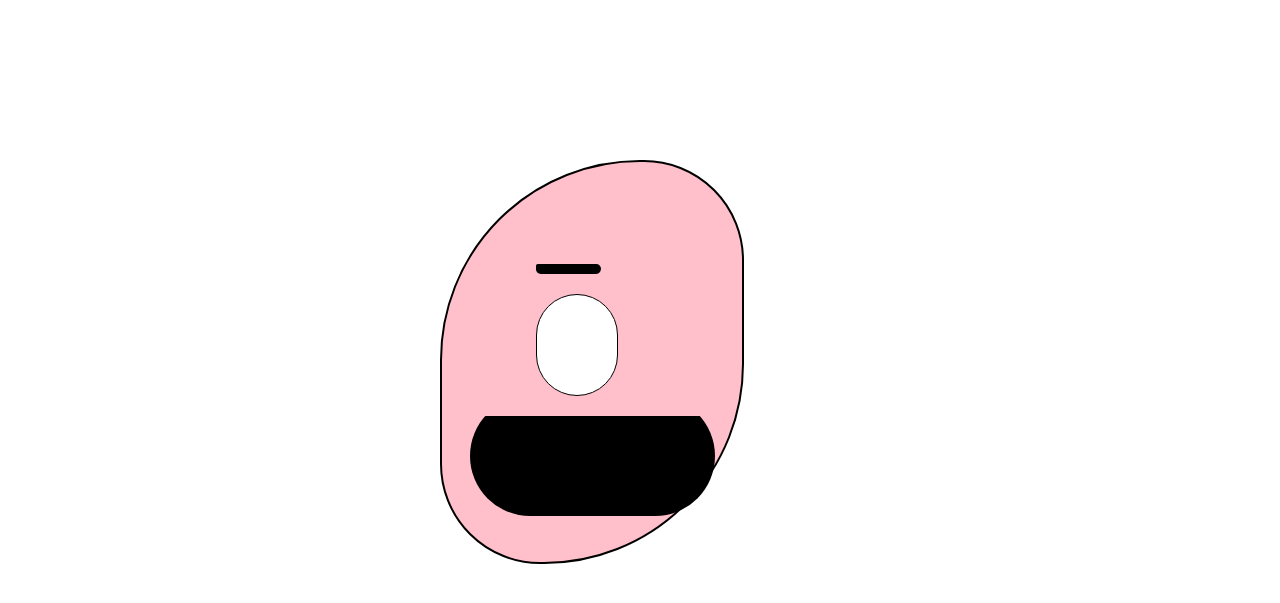
Repository: rodwestmoreland/1150
Page: cssCritter/index.html
The author's editor kept a copy of each file at every save. The page is drawn from the files as they stood at one save, then again after the next save.
The browser window is 1280 px wide. The pictures show the whole page.

Above is the page before, as saved 2021-01-25 20:10:51.

### cssCritter/index.html
<!DOCTYPE html>
<html lang="en">
<head>
    <meta charset="UTF-8">
    <meta name="viewport" content="width=device-width, initial-scale=1.0">
    <link rel="stylesheet" href="style.css">
    <title>Welcome to SD 761</title>
</head>
<body>
    <div class="wrapper">
        <div class="object">  <div class="face"></div>
        <div class="left-eyebrow"></div>
          <div class="left-eye"></div>
          <div class="mouth"></div>
      </div>

</body>
</html>

### cssCritter/style.css
.wrapper{
    position: absolute;
     top: 50%;
   margin-top:-200px;
     left: 50%;
   margin: -200px 0 0 -200px;
 }

 .face{
   width: 300px;
   height: 400px;
   border: solid 2px #000;
   background-color: pink;
   border-radius: 200px 100px;
   z-index: -1;
 }


 .left-eye{
   width: 80px;
   height: 100px;
   border: solid 1px #000;
   background-color: #fff;
   border-radius: 90px;
   margin-top: 20px;
   margin-left: 6em;
   z-index: 10;
 }
 .left-eyebrow{
   width: 65px;
   height: 10px;
   background-color: #000;
   top: 50%;
   margin-top: -300px;
   margin-left: 6em;
   border-radius: 30px 80px 90px;
   z-index: 1;
 }
 .mouth{
    border-top: none;
    border-right: none;
    border-left: none;
    border-bottom: 100px solid #000;
    -webkit-border-radius: 100px;
    border-radius: 100px;
    height: 20px;
    width: 245px;
    margin: 0px auto 0;

 }

After the next save:
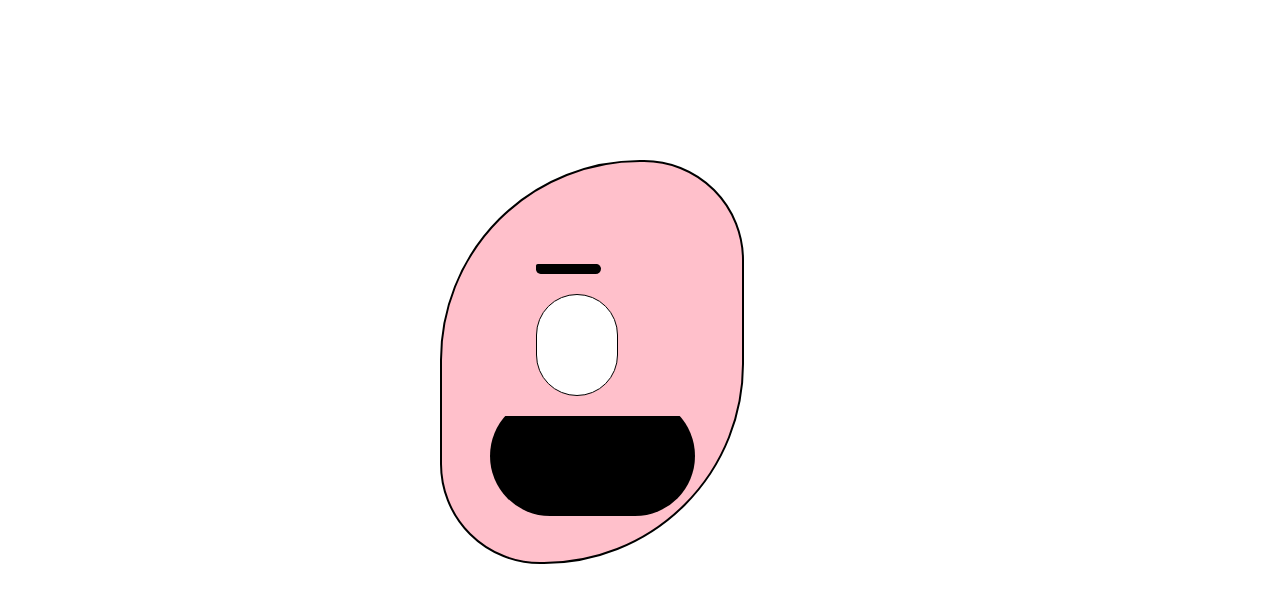
Saved 15 s later.
--- a/cssCritter/style.css
+++ b/cssCritter/style.css
@@ -44,7 +44,7 @@
     -webkit-border-radius: 100px;
     border-radius: 100px;
     height: 20px;
-    width: 245px;
+    width: 205px;
     margin: 0px auto 0;
 
  }
